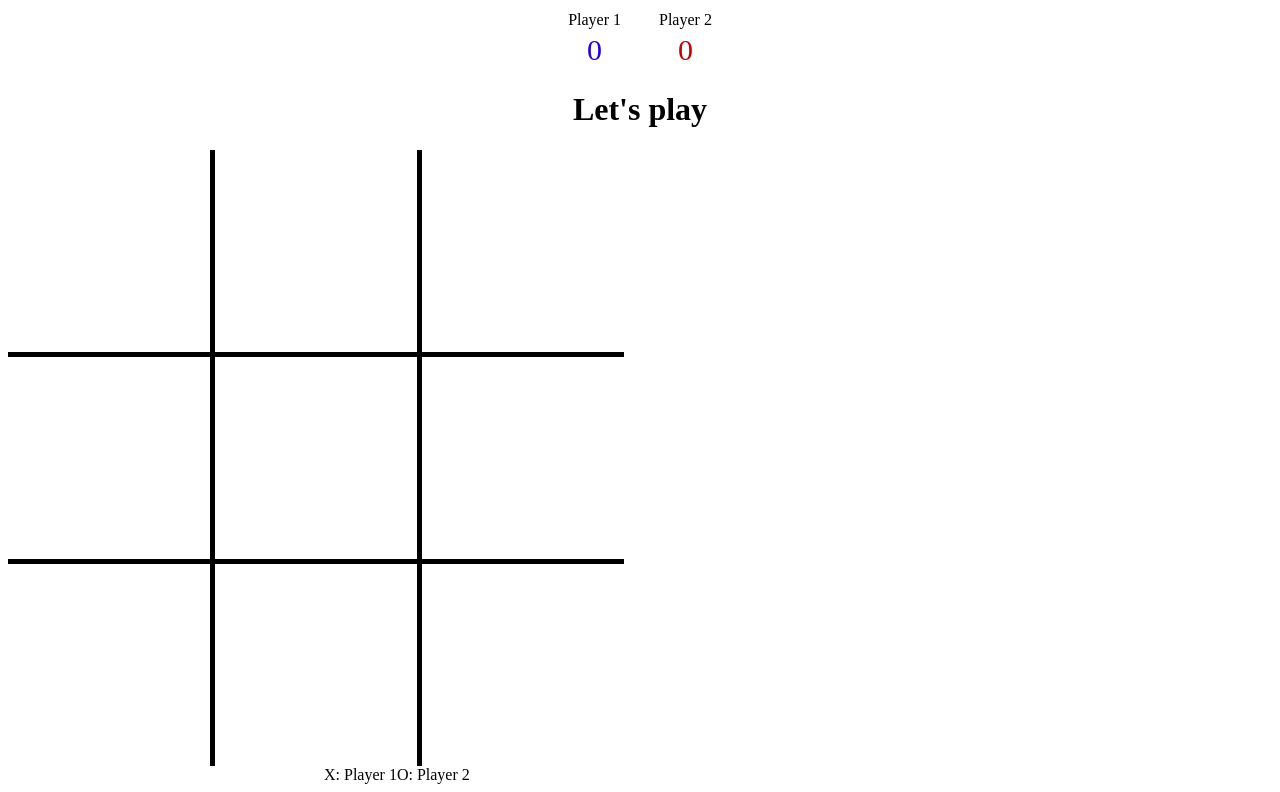
Repository: anas-essaguiar/epita.advancedWeb
Page: tictatoe/index.html
The author's editor kept a copy of each file at every save. The page is drawn from the files as they stood at one save, then again after the next save.
The browser window is 1280 px wide. The pictures show the whole page.

Above is the page before, as saved 2021-04-23 16:06:25.
Console error: TypeError: Cannot set properties of null (setting 'innerHTML')

### tictatoe/index.html
<!DOCTYPE html>
<html>

<head>
    <meta charset="UTF-8">
    <title>TIC TAC TOE</title>
    <link rel="stylesheet" href="style.css">
</head>

<body>
    <table id="scoreboard" align="center">
        <tr>
            <td> Player 1 </td>
            <td width="30"> &nbsp; </td>
            <td> Player 2 </td>
        </tr>
        <tr>
            <td class="score" id="player1">
                0
            </td>
            <td> &nbsp; </td>
            <td class="score" id="player2">
                0
            </td>
        </tr>
    </table>
    <div class="centered">
        <h1>Let's play</h1>
        <table id="table1">
            <tr>
                <td class="col"></td>
                <td class="col"></td>
                <td class="col"></td>
            </tr>
            <tr>
                <td class="col"></td>
                <td class="col"></td>
                <td class="col"></td>
            </tr>
            <tr>
                <td class="col"></td>
                <td class="col"></td>
                <td class="col"></td>
            </tr>
        </table>
    </div>
    <div id="players">
        <div class="player1 player active"><span class="player1_play">X</span>: <span>Player 1</span></div>
        <div class="player2 player"><span class="player2_play">O</span>: <span>Player 2</span></div>
    </div>
    <script type="text/javascript" defer src="js/app.js"></script>
</body>

</html>

### tictatoe/style.css
body {
    font: normal 16px comic sans ms;
    text-align: center;
  }
.col{
    border: 5px solid black;
    width: 200px;
    height: 200px;
}

#players {
	display: flex;
	width: 50%;
	margin: auto;
}
#scoreboard .score {
    text-align: center;
    font-size: 30px
  }

  #scoreboard .score#player1 {
    color: #2900e0;
  }

  #scoreboard .score#player2 {
    color: #c00404;
  }



#table1 {
    border-collapse: collapse;
    border-style: hidden;
    color: black;
    border-spacing: 10px;
    border-collapse: collapse;
}


  .col:hover {
	background-color: grey;
}

### tictatoe/js/app.js
// Define all the elements
let cols = document.querySelectorAll(".col");
let a1 = document.querySelector('.a1');
let a2 = document.querySelector('.a2');
let a3 = document.querySelector('.a3');
let b1 = document.querySelector('.b1');
let b2 = document.querySelector('.b2');
let b3 = document.querySelector('.b3');
let c1 = document.querySelector('.c1');
let c2 = document.querySelector('.c2');
let c3 = document.querySelector('.c3');

// Set the scrore from localstorage
if (localStorage.getItem('scrore_1') == null) {
    document.querySelector('.player1_score').innerHTML = 0;
    localStorage.setItem('scrore_1', 0);

}
if (localStorage.getItem('scrore_2') == null) {
    document.querySelector('.player2_score').innerHTML = 0;
    localStorage.setItem('scrore_2', 0);
}

document.querySelector('.player1_score').innerHTML = localStorage.getItem('scrore_1');
document.querySelector('.player2_score').innerHTML = localStorage.getItem('scrore_2');

let current_player = 1;
let game_win = false;

cols.forEach((col) => {
    col.onclick = (e) => {
        // on efface les messages
        clearMsg();

        // Checked if the player can click on the cell
        if (!game_win) {
            if (e.target.innerHTML == "") {
                // Put the symbol in the col
                e.target.innerHTML = document.querySelector('.player' + current_player + '_play').innerHTML;

                game_win = checkGame();

                if (game_win) {
                    // alert(document.querySelector('.player'+current_player+'_name').innerHTML + " win the game !");
                    showMsg(document.querySelector(
                        '.player' + current_player + '_name').innerHTML + " win the game !<br />" +
                        'Do you want to play again ? <a href="">Clique here !</a>'
                    );

                    // Here we manage the scrore with localstorage
                    localStorage.setItem('scrore_' + current_player, parseInt(localStorage.getItem('scrore_' + current_player)) + 1);

                    document.querySelector('.player' + current_player + '_score').innerHTML = localStorage.getItem('scrore_' + current_player);
                } else {
                    // remove the active class from the current_player
                    document.querySelector(".player" + current_player).classList.remove("active");

                    // Switch the current_player after playing
                    if (current_player == 1) {
                        current_player = 2;
                    } else {
                        current_player = 1;
                    }

                    // Add the active class to current_player
                    document.querySelector(".player" + current_player).classList.add("active");
                }
            } else {
                // When a player play in a not empty cell
                showMsg('You can play here someone alreay play there !');
            }
        } else {
            // When the game is ended
            showMsg('The game is over !');
        }
    }
});

After the next save:
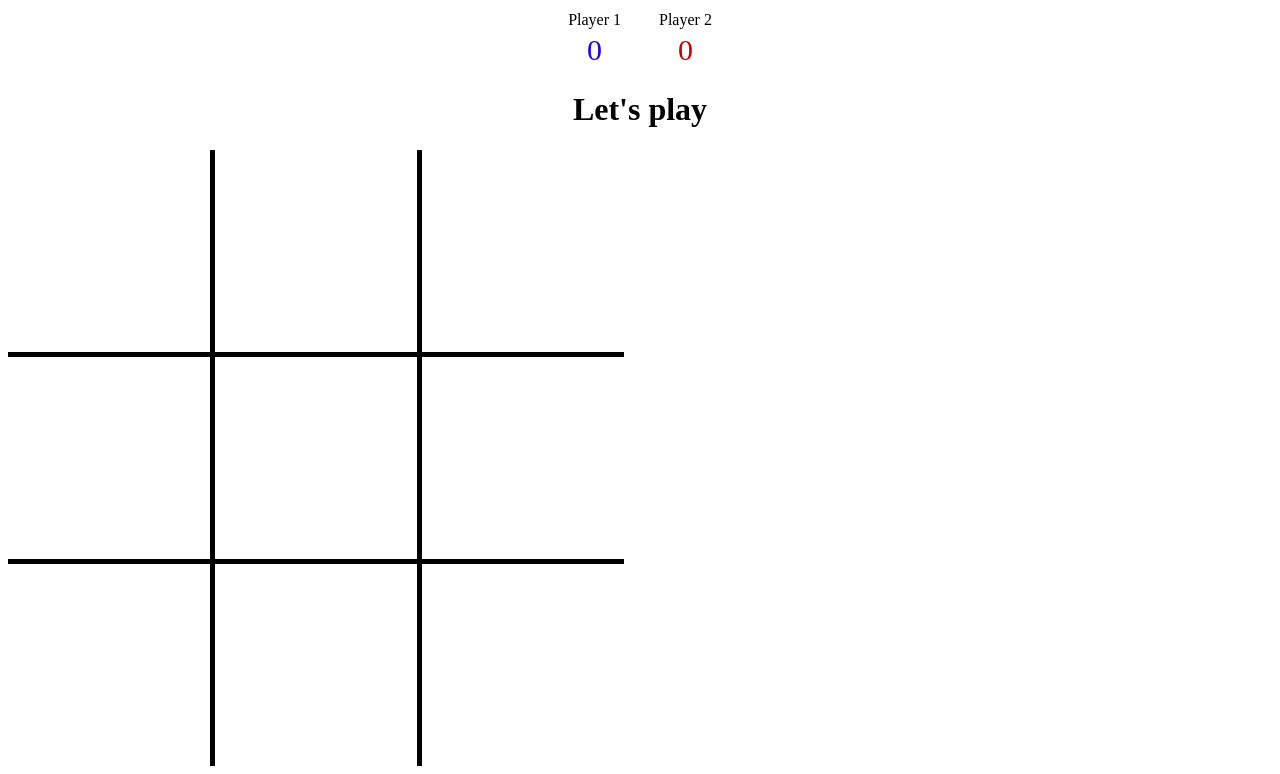
Saved 49 s later.
--- a/tictatoe/index.html
+++ b/tictatoe/index.html
@@ -24,30 +24,26 @@
             </td>
         </tr>
     </table>
-    <div class="centered">
-        <h1>Let's play</h1>
-        <table id="table1">
-            <tr>
-                <td class="col"></td>
-                <td class="col"></td>
-                <td class="col"></td>
-            </tr>
-            <tr>
-                <td class="col"></td>
-                <td class="col"></td>
-                <td class="col"></td>
-            </tr>
-            <tr>
-                <td class="col"></td>
-                <td class="col"></td>
-                <td class="col"></td>
-            </tr>
-        </table>
-    </div>
-    <div id="players">
-        <div class="player1 player active"><span class="player1_play">X</span>: <span>Player 1</span></div>
-        <div class="player2 player"><span class="player2_play">O</span>: <span>Player 2</span></div>
-    </div>
+    <h1>Let's play</h1>
+    <table id="table1">
+        <tr>
+            <td class="col"></td>
+            <td class="col"></td>
+            <td class="col"></td>
+        </tr>
+        <tr>
+            <td class="col"></td>
+            <td class="col"></td>
+            <td class="col"></td>
+        </tr>
+        <tr>
+            <td class="col"></td>
+            <td class="col"></td>
+            <td class="col"></td>
+        </tr>
+    </table>
+
+
     <script type="text/javascript" defer src="js/app.js"></script>
 </body>
 
